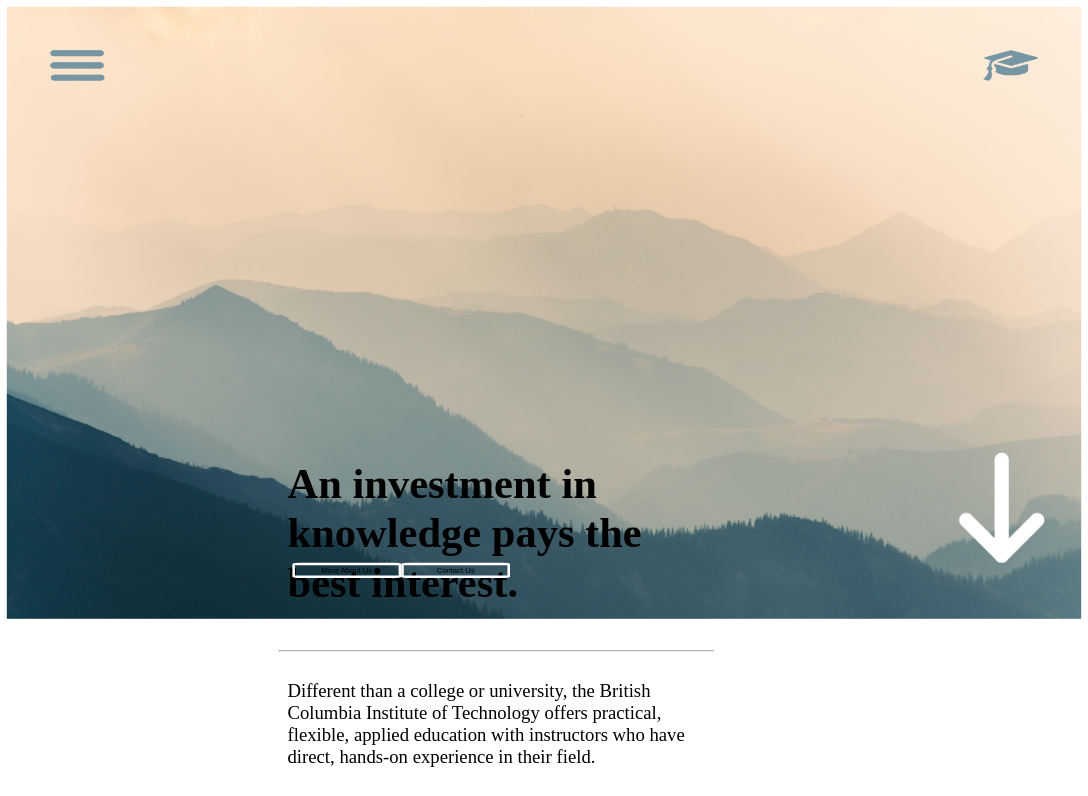
Repository: sierralaurent/MDIA2109-Assignment01
Page: /
An editor plug-in stored every save of this project. The page is shown before and after the next save, followed by the edit.
The browser window is 1280 px wide. The pictures show the whole page, at 85% of full size.
The project was rebuilt for these pictures with package versions that can differ from the ones it lists, and the page was loaded fresh each time. The framework's server and built-in components were replaced by stand-ins that run in the browser. Also part of the build but not shown: next.config.js.

Above is the page before, as saved 2023-02-01 16:55:57.

### pages/index.js
import Head from 'next/head'
import Image from 'next/image'
import { Inter } from '@next/font/google'
import styles from '@/styles/Home.module.css'
import Link from 'next/link'

const inter = Inter({ subsets: ['latin'] })

export default function Home() {
  return (
    <>
    <nav>
      <Head>
        <title>Home</title>
        <meta name="author" content="MDIA 2109" />
        <meta property="og:title" content="Assignment #1 - Home Page" />
        <meta property="og:description" content="BCIT Digital Design and Development Diploma" />
        <link rel="icon" href="/favicon.png" />
        </Head>
        <main className={styles.main} >
          <div className={styles.nav}>
            <img src="icons/menu-icon.png" className={styles.icon1}/>
            <img src="icons/graduation-hat.png" className={styles.icon2}/>
          </div>
          <div className={styles.middle}>
            <div className={styles.intro}>
            <h1 className={styles.h1}>An investment in knowledge pays the best interest.</h1>
            <hr></hr>
            <p className={styles.p}>Different than a college or university, the British Columbia Institute of Technology offers practical, flexible, applied education with instructors who have direct, hands-on experience in their field.</p>
            </div>
            <div className={styles.buttons}>
            <Link href="/about">
          <button className={styles.butt}>More About Us</button>
        </Link>
        <Link href="/contact">
        <button className={styles.butt}>Contact Us</button>
        </Link>
            </div>
            </div>
          <div className={styles.bottom}>
            <a href="/about">
              <span className={styles.icon3}>
                <img src="icons/downwardArrow.png"/>
              </span>
            </a>
          </div>
        </main>
    </nav>
    </>
  )
}

### styles/Home.module.css
.carouselImage {
  height: 200px;
  background-repeat: no-repeat;
  background-size: cover;
  display: flex;
  justify-content: center;
  align-items: center;
  margin: 40px 0px;
}
.main {
  background-image: url('../public/background-images/backgroundMountain.jpg');
  background-size: cover;
  height: 100vh;
  position: relative;
}

.intro {
  position: absolute;

}

.buttons {
  position: absolute;
  bottom: 6rem;
  left: 1rem;

}
.butt {
  border: 3px solid white;
  border-radius: 8%;
  background-color: transparent;
  width: 10vw;
  height: 2.5vh;
  max-width: 15vw;
  max-height: 5vh;
  font-size: 1.25vh;
}

.h1 {
  font-size: 50px;
  padding: 2%;
}
.p {
  font-size: 22px;
  padding: 2%;
}

.middle {
  position: absolute;
  justify-content: center;
  align-items: center;
  height: 40vh;
  width: 40vw;
  top: 30rem;
  left: 20rem;
}

.icon1 {
  width: 5vw;
  height: 5vh;
  float: left;
}
.icon2 {
  width: 5vw;
  height: 5vh;
  float: right;
}
.icon3 {
  width: 5vw;
  height: 5vh;
  float: right;
}

.bottom {
  position: absolute;
  bottom: 10rem;
  right: 5rem;
}

.nav {
  padding: 4%;
}

Loaded but not shown: pages/_document.js (common file); pages/api/hello.js (common file)

After the next save:
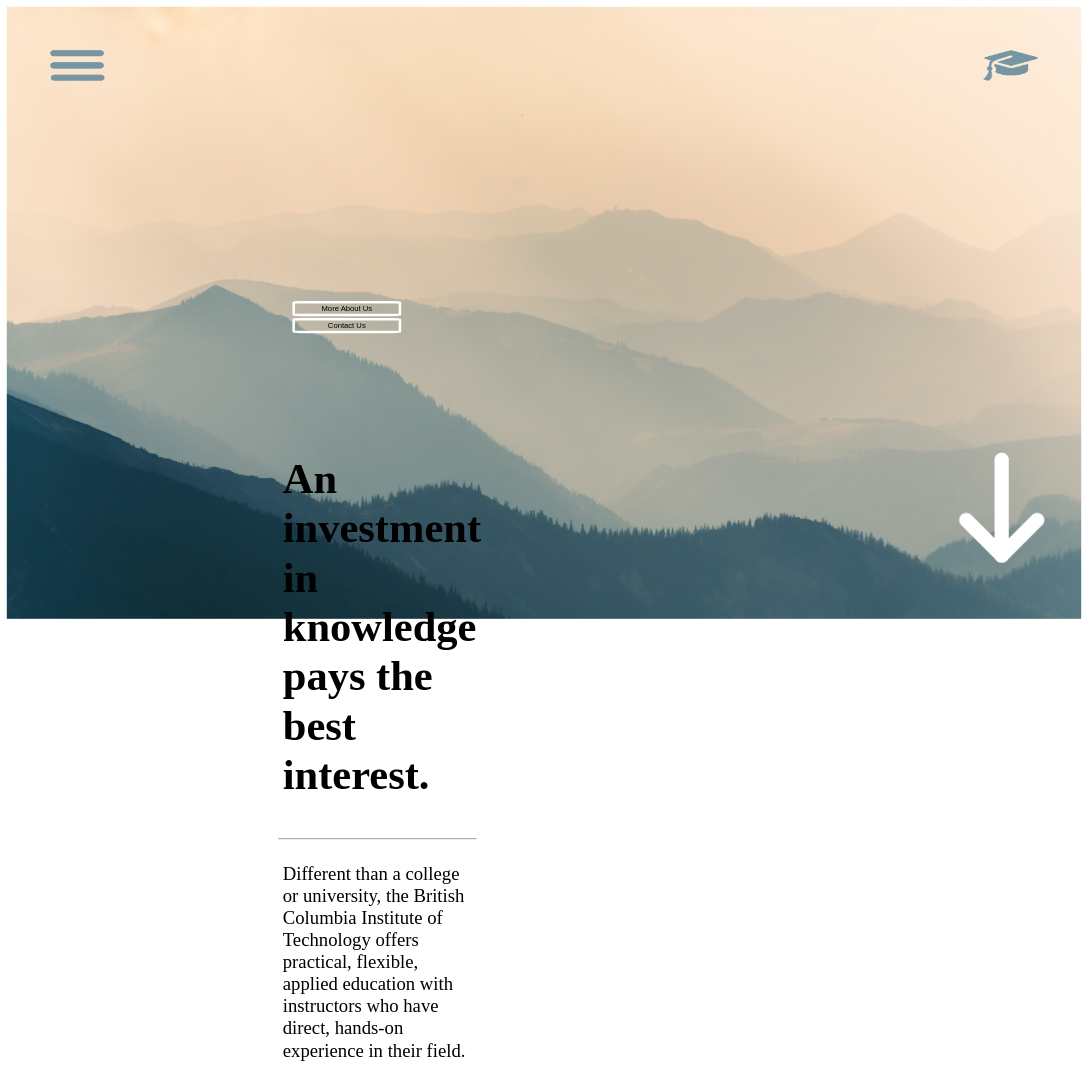
Saved 58 s later.
--- a/styles/Home.module.css
+++ b/styles/Home.module.css
@@ -51,6 +51,8 @@
   align-items: center;
   height: 40vh;
   width: 40vw;
+  max-width: fit-content;
+  max-height: fit-content;
   top: 30rem;
   left: 20rem;
 }
@@ -60,11 +62,13 @@
   height: 5vh;
   float: left;
 }
+
 .icon2 {
   width: 5vw;
   height: 5vh;
   float: right;
 }
+
 .icon3 {
   width: 5vw;
   height: 5vh;

After the save that followed:
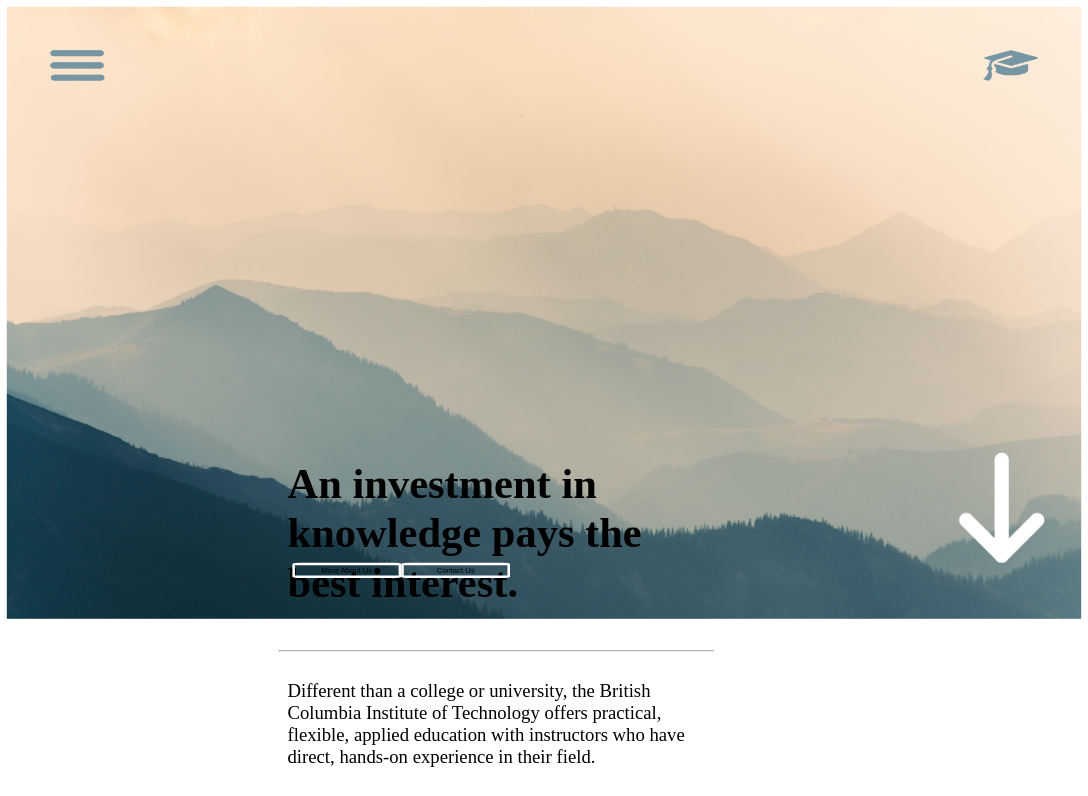
Saved 23 s later.
--- a/styles/Home.module.css
+++ b/styles/Home.module.css
@@ -51,8 +51,8 @@
   align-items: center;
   height: 40vh;
   width: 40vw;
-  max-width: fit-content;
-  max-height: fit-content;
+  max-width: 60vw;
+  max-height: 60vh;
   top: 30rem;
   left: 20rem;
 }
